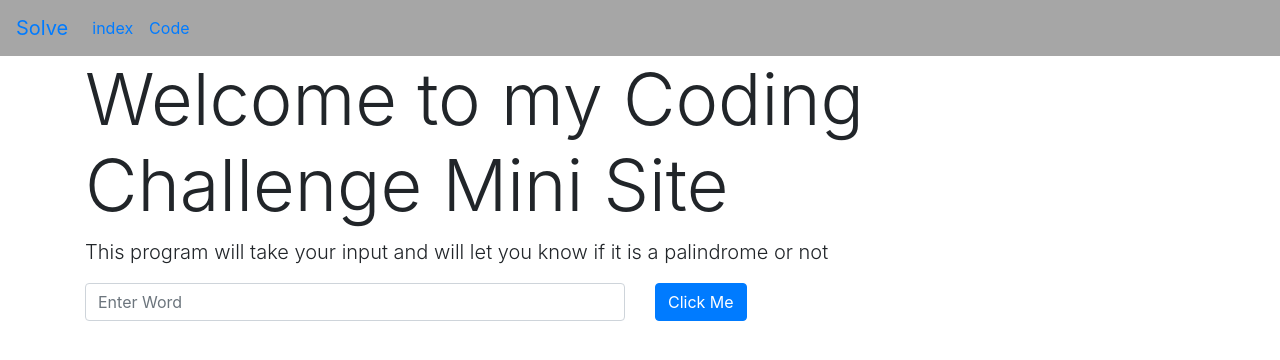
Repository: zhadjah9559/TacocatGrammar
Page: solve.html
The author's editor kept a copy of each file at every save. The page is drawn from the files as they stood at one save, then again after the next save.
The browser window is 1280 px wide. The pictures show the whole page.

Above is the page before, as saved 2021-01-12 00:55:57.

After the next save:
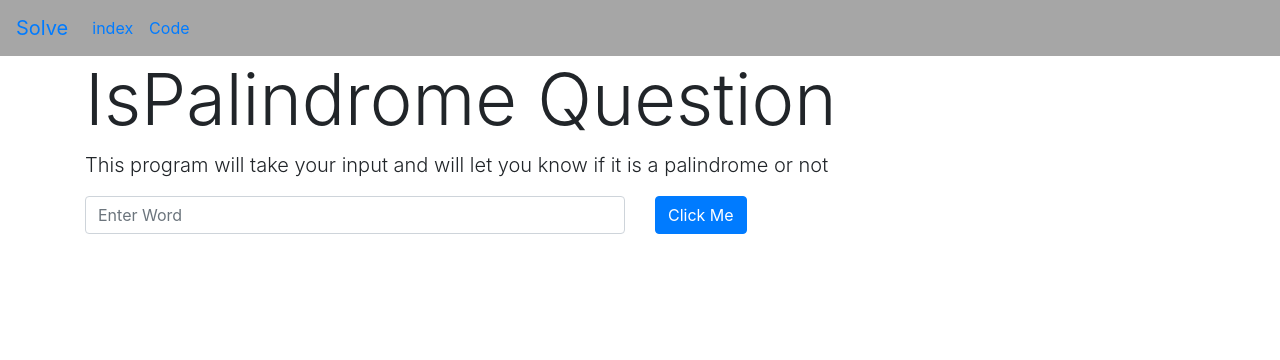
Saved 14 s later.
--- a/solve.html
+++ b/solve.html
@@ -33,7 +33,7 @@
         <div class="container">
             <div class="row">
                 <div class="col">
-                    <h1 class="display-3">Welcome to my Coding Challenge Mini Site</h1>
+                    <h1 class="display-3">IsPalindrome Question</h1>
 
                 </div>
             </div>
